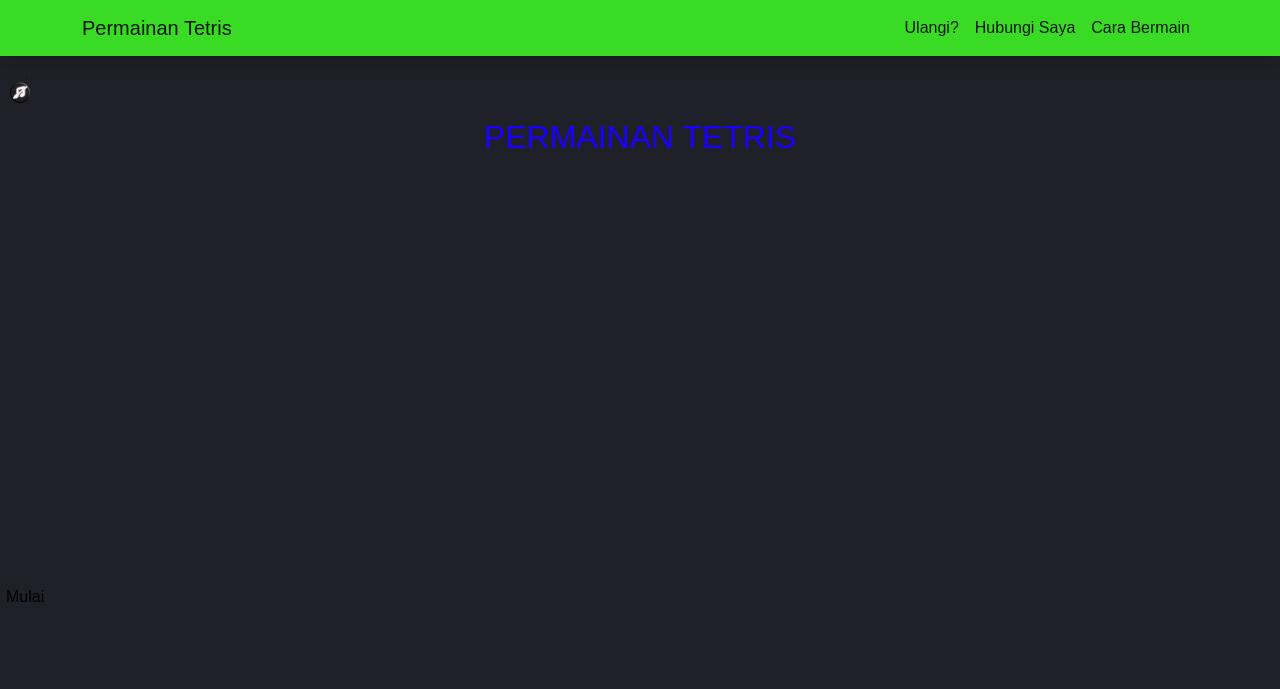
Repository: GwendiWisnuAnggoro/GwendiWisnuAnggoro.github.io
Page: Bahasa Indonesia/game/Tetris/tetris.html
These files come from the project's save history. The page is drawn as it stood at one moment and after a run of saves; the edit follows.
The browser window is 1280 px wide. The pictures show the whole page.

Above is the page before, as saved 2023-02-07 17:28:25.

After the next 2 saves:
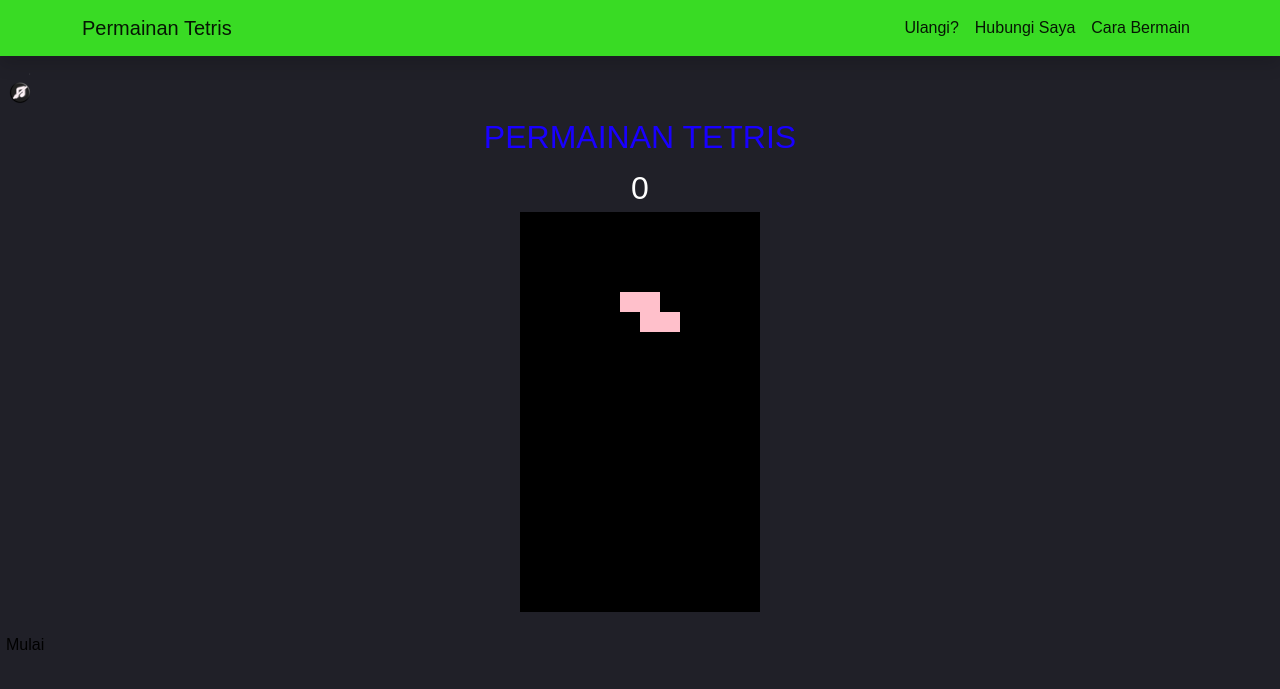
The 2 saves are shown as one change because they came seconds apart.
The last was saved 26 s later.
--- a/Bahasa Indonesia/game/Tetris/tetris.js
+++ b/Bahasa Indonesia/game/Tetris/tetris.js
@@ -303,11 +303,11 @@ document.addEventListener('keydown', event => {
 });
 
 
-document.getElementById("Mulai").addEventListener("click", ()=>{
-    playerReset();
-    updateScore();
-    update();
-})
+// document.getElementById("Mulai").addEventListener("click", ()=>{
+// })
+playerReset();
+updateScore();
+update();
 
 
 
